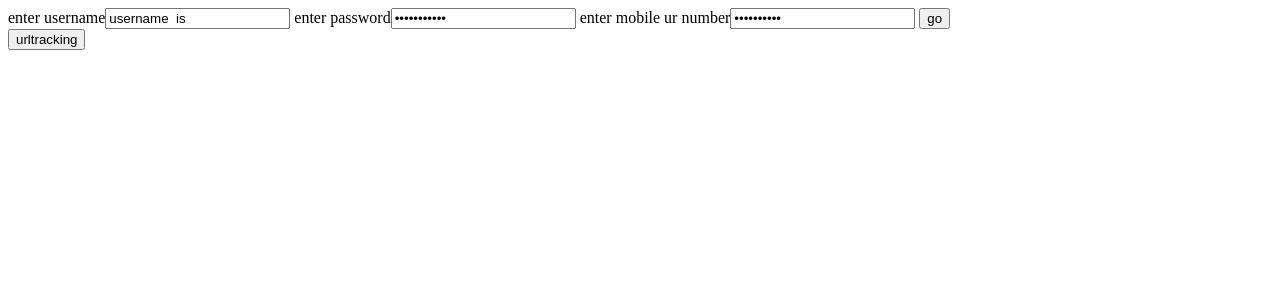
Repository: heenasalim/Java_Script
Page: HtttpSession/WebContent/LoginWithCookie.html
An editor plug-in stored every save of this project. The page is shown before and after the next save, followed by the edit.
The browser window is 1280 px wide. The pictures show the whole page.

Above is the page before, as saved 2015-10-14 09:01:12.

After the next save:
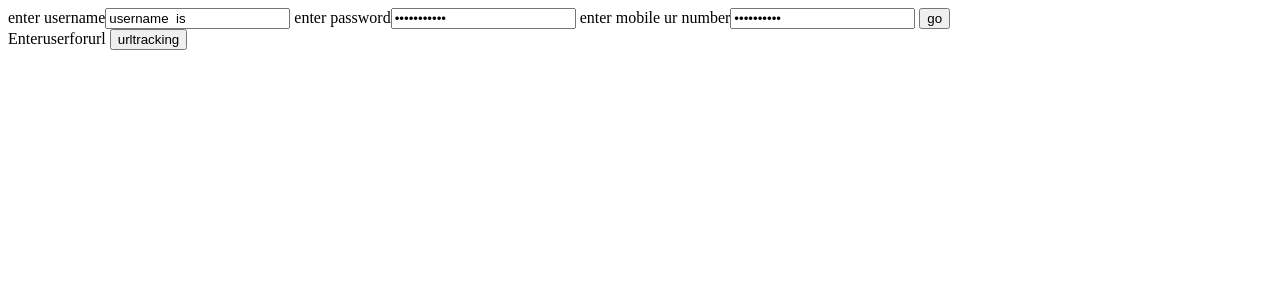
Saved 48 s later.
--- a/HtttpSession/WebContent/LoginWithCookie.html
+++ b/HtttpSession/WebContent/LoginWithCookie.html
@@ -12,6 +12,7 @@ enter  mobile   ur  number<input  type="password"  name="mob"   value="mobile  n
 <input type="submit"  name=submit   value="go"  />
 </form>
 <form  action="Url1" method="get">
+Enteruserforurl
 <input  type="submit"    name= "submit"   value="urltracking"/>
 </form>
 </body>
